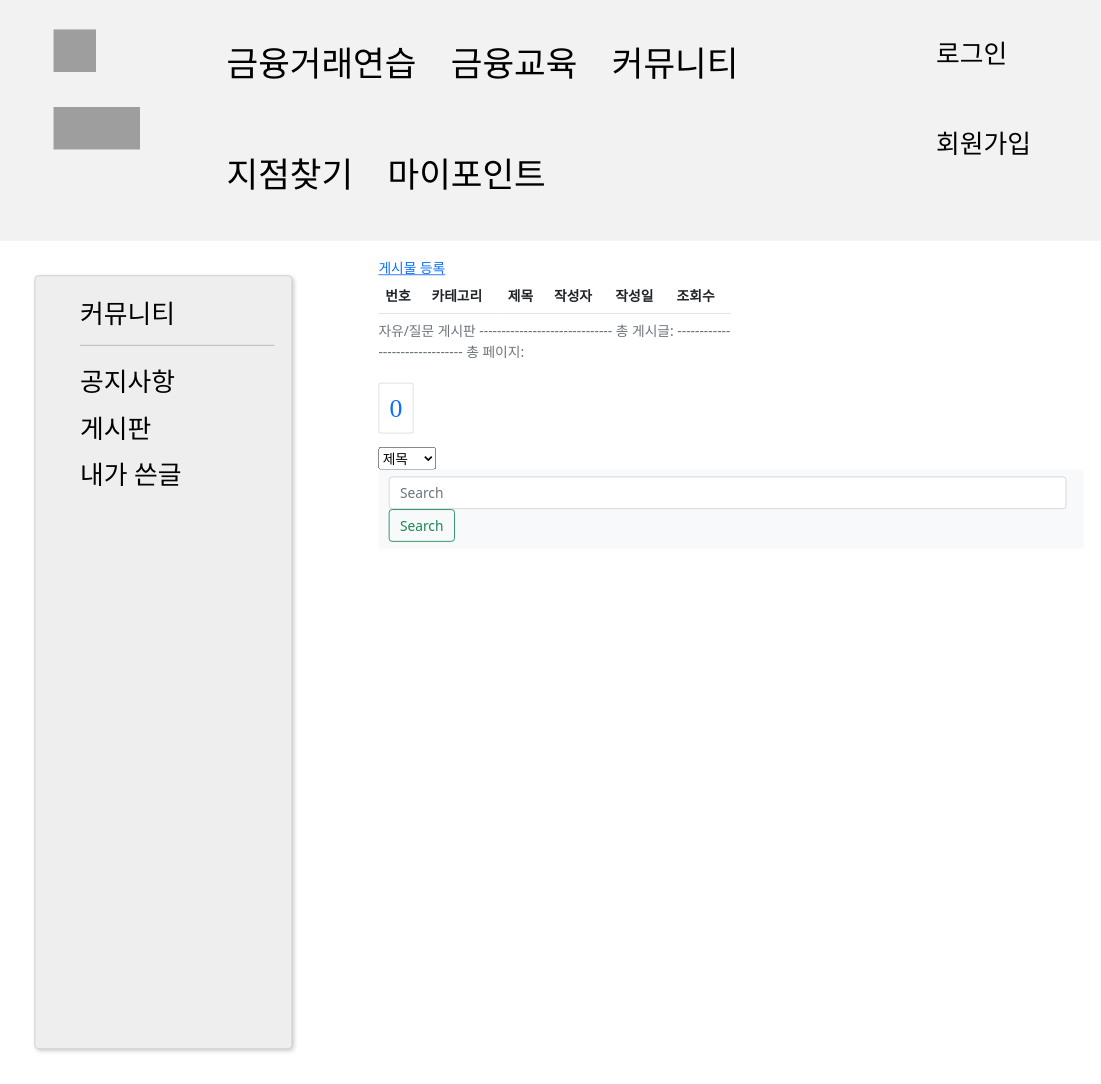
Repository: syc98syc/KB04_TeamProject
Page: http://localhost/jgig/WEB-INF/jsp/board/list.jsp
The author's editor kept a copy of each file at every save. The page is drawn from the files as they stood at one save, then again after the next save.
The browser window is 1280 px wide. The pictures show the whole page, at 86% of full size.
Pictures or frames that could not be fetched are drawn as grey boxes. Some web fonts or font styles are not loaded; a fallback is used. The page is served by Tomcat 9. Nobody is signed in. The template is opened directly, without the code that normally fills it, so the values that code supplies are empty.

Above is the page before, as saved 2023-09-08 05:16:15.

After the next save:
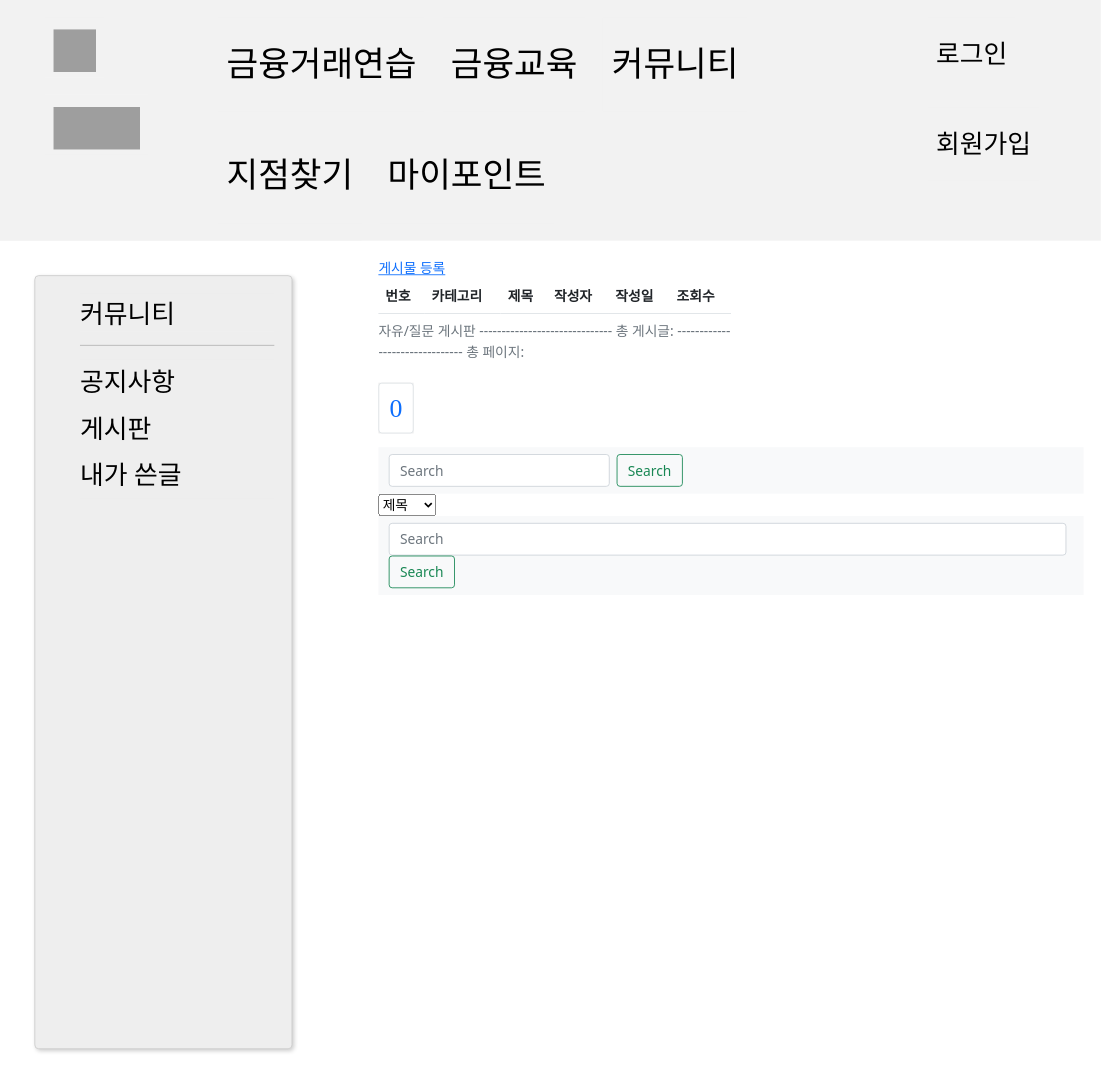
Saved 40 s later.
--- a/jgig/src/main/webapp/WEB-INF/jsp/board/list.jsp
+++ b/jgig/src/main/webapp/WEB-INF/jsp/board/list.jsp
@@ -54,6 +54,14 @@
 	</c:if>
   </ul>
 </nav>
+<nav class="navbar navbar-light bg-light">
+  <div class="container-fluid">
+    <form class="d-flex">
+      <input class="form-control me-2" type="search" placeholder="Search" aria-label="Search">
+      <button class="btn btn-outline-success" type="submit">Search</button>
+    </form>
+  </div>
+</nav>
 <form action="board_search_action" method="post">
 		<fieldset>
 			<select name="brd_category">
